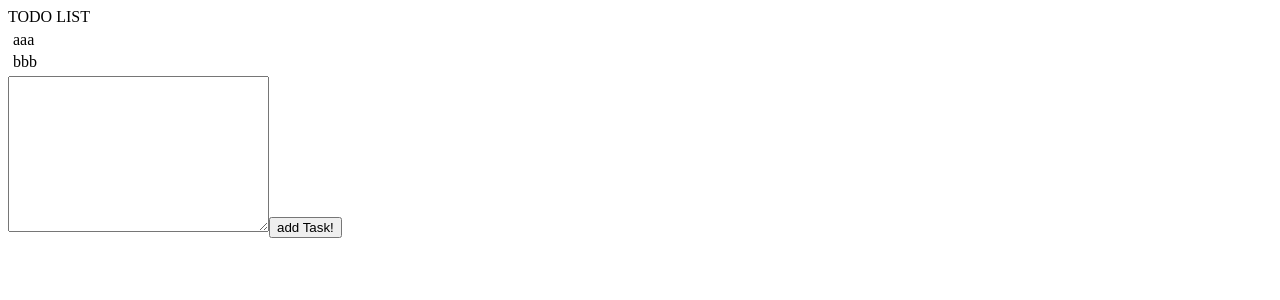
Repository: WistreHosshii/hacathon_todolList
Page: /
An editor plug-in stored every save of this project. The page is shown before and after the next save, followed by the edit.
The browser window is 1280 px wide. The pictures show the whole page.
The project was rebuilt for these pictures with package versions that can differ from the ones it lists, and the page was loaded fresh each time.

Above is the page before, as saved 2019-06-09 15:01:50.

### index.html
<!DOCTYPE html>
<html lang="ja">

<head>
    <meta charset="UTF-8">
    <meta name="viewport" content="width=device-width, initial-scale=1.0">
    <meta http-equiv="X-UA-Compatible" content="ie=edge">
    <title>Document</title>
</head>

<body>
    <div id="root"></div>
    <script src="./index.tsx"></script>
</body>

</html>

### App.tsx
import React, { Component } from 'react';

interface Props {}
interface State {
  todos: Todo[];
}

export default class App extends Component<Props, State> {
  constructor(props: any) {
    super(props);
    this.state = { todos: [{ id: '', content: 'aaa', createdAt: '' }, { id: '', content: 'bbb', createdAt: '' }] };
  }

  render() {
    return (
      <div>
        <div className="todoList">
          <div className="title">TODO LIST</div>
          <div className="contents">
            <table>
              {/* <tr>
                <th>完了</th>
                <th>未完了</th>
              </tr> */}
              <tr>
                {this.state.todos.map(todo => {
                  return (
                    <tr>
                      <td>{todo.content}</td>
                    </tr>
                  );
                })}
              </tr>
            </table>
          </div>
          <div className="computeTaskWrapper">
            <textarea name="" id="" cols="30" rows="10" />
            <button
              className="btn"
              onClick={() => {
                this.addTaskHandler();
              }}
            >
              add Task!
            </button>
          </div>
        </div>
      </div>
    );
  }
  addTaskHandler() {
    this.state.todos.push({ id: '', content });
  }
}

Loaded but not shown: index.tsx (common file)

After the next save:
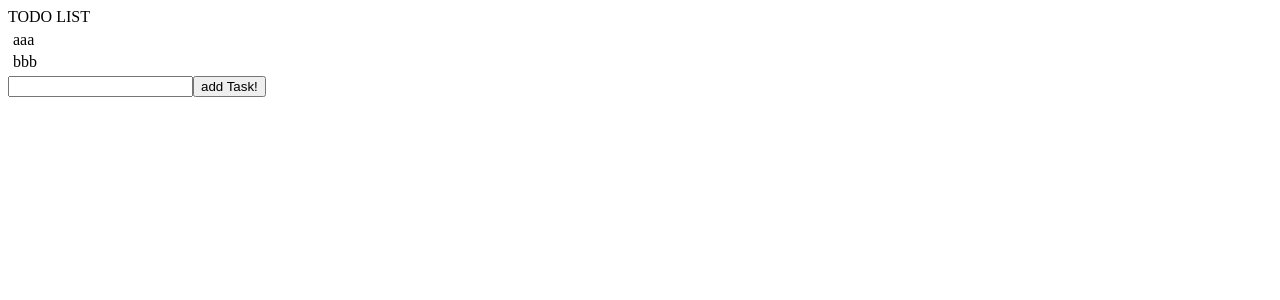
Saved 39 s later.
--- a/App.tsx
+++ b/App.tsx
@@ -34,7 +34,7 @@ export default class App extends Component<Props, State> {
             </table>
           </div>
           <div className="computeTaskWrapper">
-            <textarea name="" id="" cols="30" rows="10" />
+            <input name="text" id="" cols="30" rows="10" />
             <button
               className="btn"
               onClick={() => {
